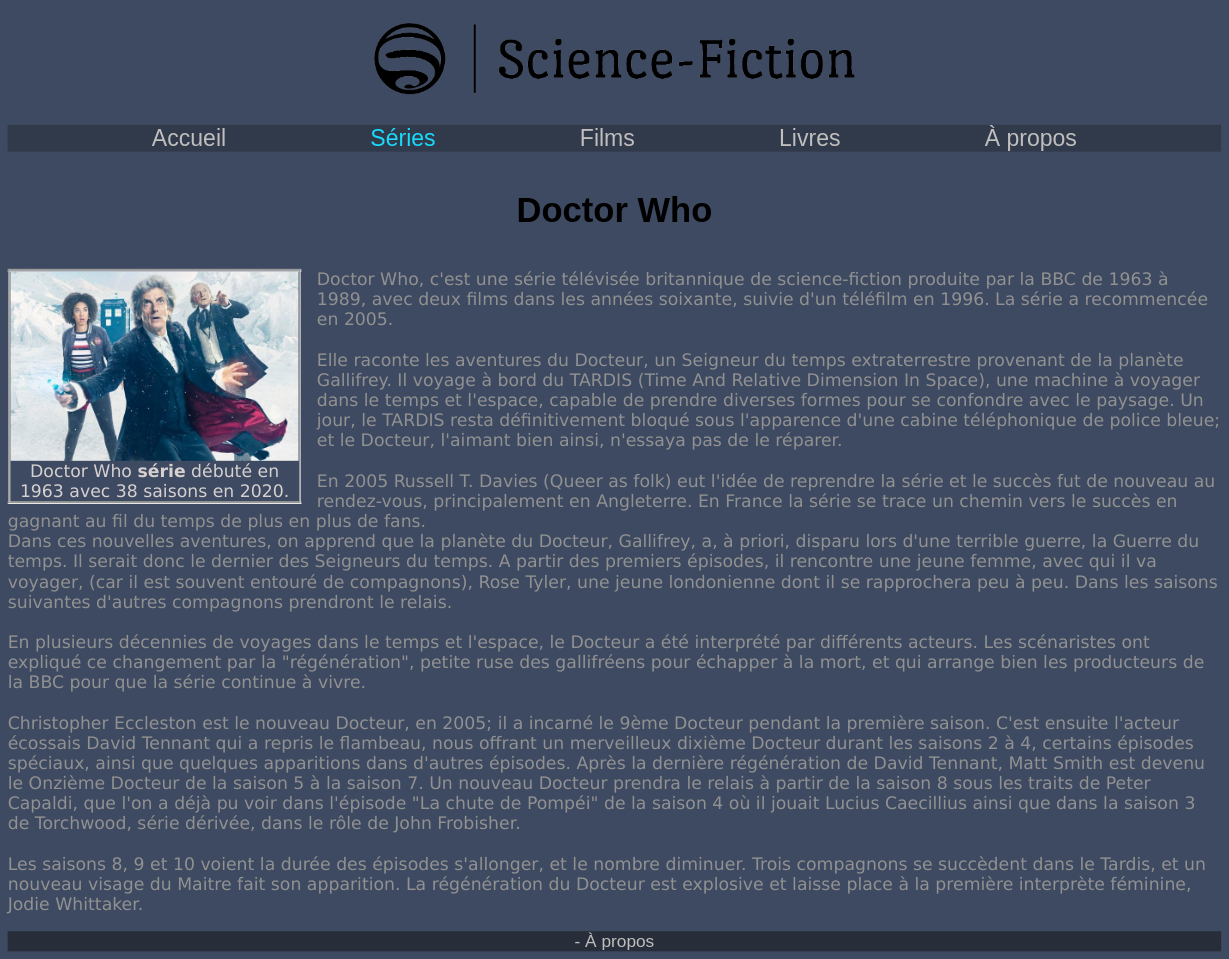
Repository: Emalios/Projet-Web
Page: html/series/doctor-who.html
These files come from the project's save history. The page is drawn as it stood at one moment and after a run of saves; the edit follows.
The browser window is 1280 px wide. The pictures show the whole page, at 96% of full size.

Above is the page before, as saved 2020-11-11 20:46:46.

After the next 3 saves:
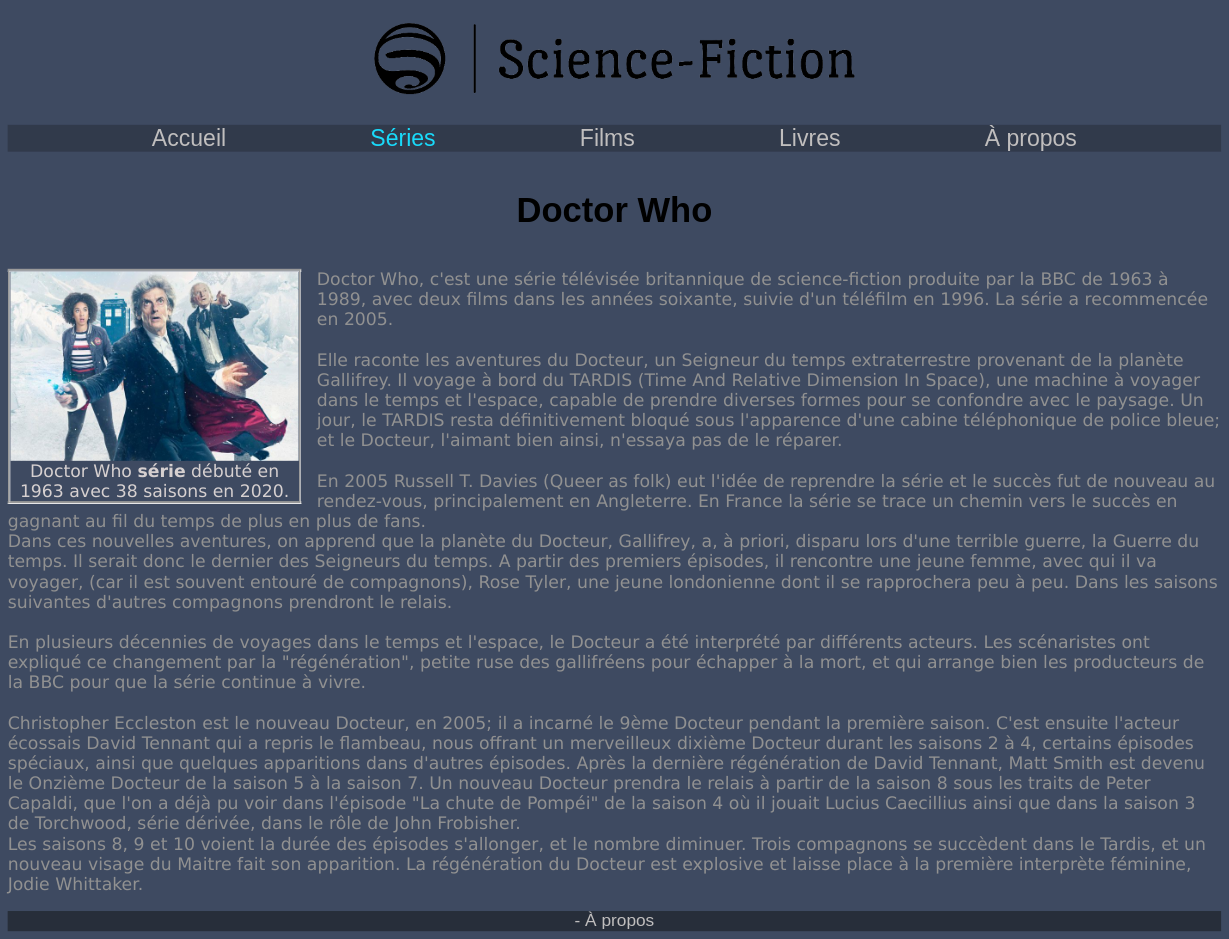
The 3 saves are shown as one change because they came seconds apart.
The last was saved 22 s later.
--- a/html/series/doctor-who.html
+++ b/html/series/doctor-who.html
@@ -35,7 +35,7 @@
       diverses formes pour se confondre avec le paysage. Un jour, le TARDIS resta définitivement bloqué sous l'apparence d'une cabine téléphonique de police bleue; et le Docteur, l'aimant bien ainsi, n'essaya pas de le réparer.</br></br>
 
       En 2005 Russell T. Davies (Queer as folk) eut l'idée de reprendre la série et le succès fut de nouveau au rendez-vous, principalement en Angleterre. En France la série se trace un chemin vers le succès en gagnant au fil du temps de plus en plus
-      de fans.<br/>
+      de fans.<br>
 
       Dans ces nouvelles aventures, on apprend que la planète du Docteur, Gallifrey, a, à priori, disparu lors d'une terrible guerre, la Guerre du temps. Il serait donc le dernier des Seigneurs du temps. A partir des premiers épisodes, il rencontre
       une jeune femme, avec qui il va voyager, (car il est souvent entouré de compagnons), Rose Tyler, une jeune londonienne dont il se rapprochera peu à peu. Dans les saisons suivantes d'autres compagnons prendront le relais.</br></br>
@@ -46,7 +46,7 @@
       Christopher Eccleston est le nouveau Docteur, en 2005; il a incarné le 9ème Docteur pendant la première saison. C'est ensuite l'acteur écossais David Tennant qui a repris le flambeau, nous offrant un merveilleux dixième Docteur durant les
       saisons 2 à 4, certains épisodes spéciaux, ainsi que quelques apparitions dans d'autres épisodes. Après la dernière régénération de David Tennant, Matt Smith est devenu le Onzième Docteur de la saison 5 à la saison 7. Un nouveau Docteur prendra
       le relais à partir de la saison 8 sous les traits de Peter Capaldi, que l'on a déjà pu voir dans l'épisode "La chute de Pompéi" de la saison 4 où il jouait Lucius Caecillius ainsi que dans la saison 3 de Torchwood, série dérivée, dans le rôle
-      de John Frobisher.</br></br>
+      de John Frobisher.<br>
 
       Les saisons 8, 9 et 10 voient la durée des épisodes s'allonger, et le nombre diminuer. Trois compagnons se succèdent dans le Tardis, et un nouveau visage du Maitre fait son apparition. La régénération du Docteur est explosive et laisse place à
       la première interprète féminine, Jodie Whittaker.
